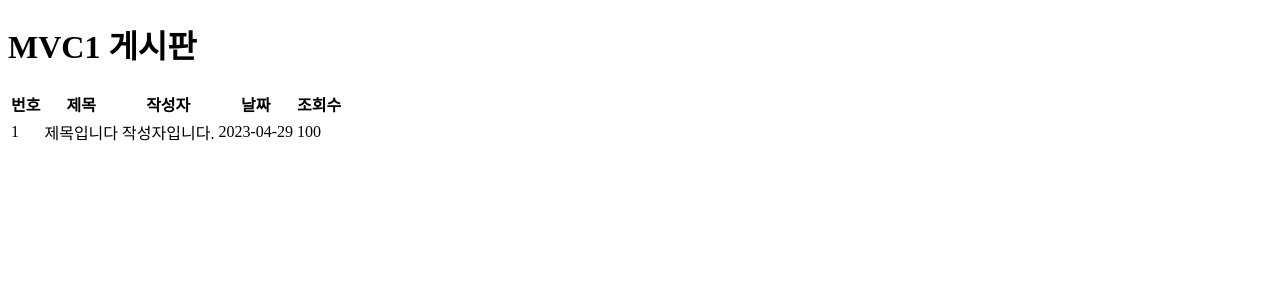
Repository: Jayking0215/myjava
Page: http://localhost/BBS/index.jsp
The author's editor kept a copy of each file at every save. The page is drawn from the files as they stood at one save, then again after the next save.
The browser window is 1280 px wide. The pictures show the whole page.
The page is served by Tomcat 9.

Above is the page before, as saved 2023-04-29 08:56:32.

After the next save:
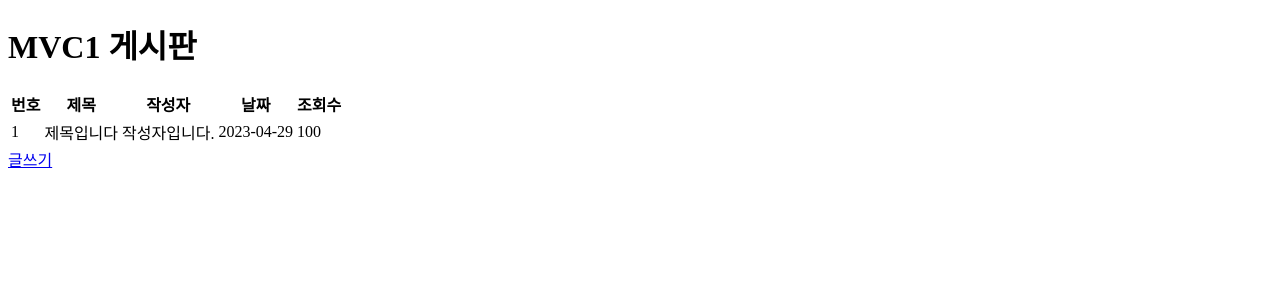
Saved 55 s later.
--- a/JSPBoard/BBS/src/main/webapp/index.jsp
+++ b/JSPBoard/BBS/src/main/webapp/index.jsp
@@ -28,5 +28,6 @@
 			</tr>
 		</tbody>
 	</table>
+	<a href="Board/write.jsp">글쓰기</a>
 </body>
 </html>
